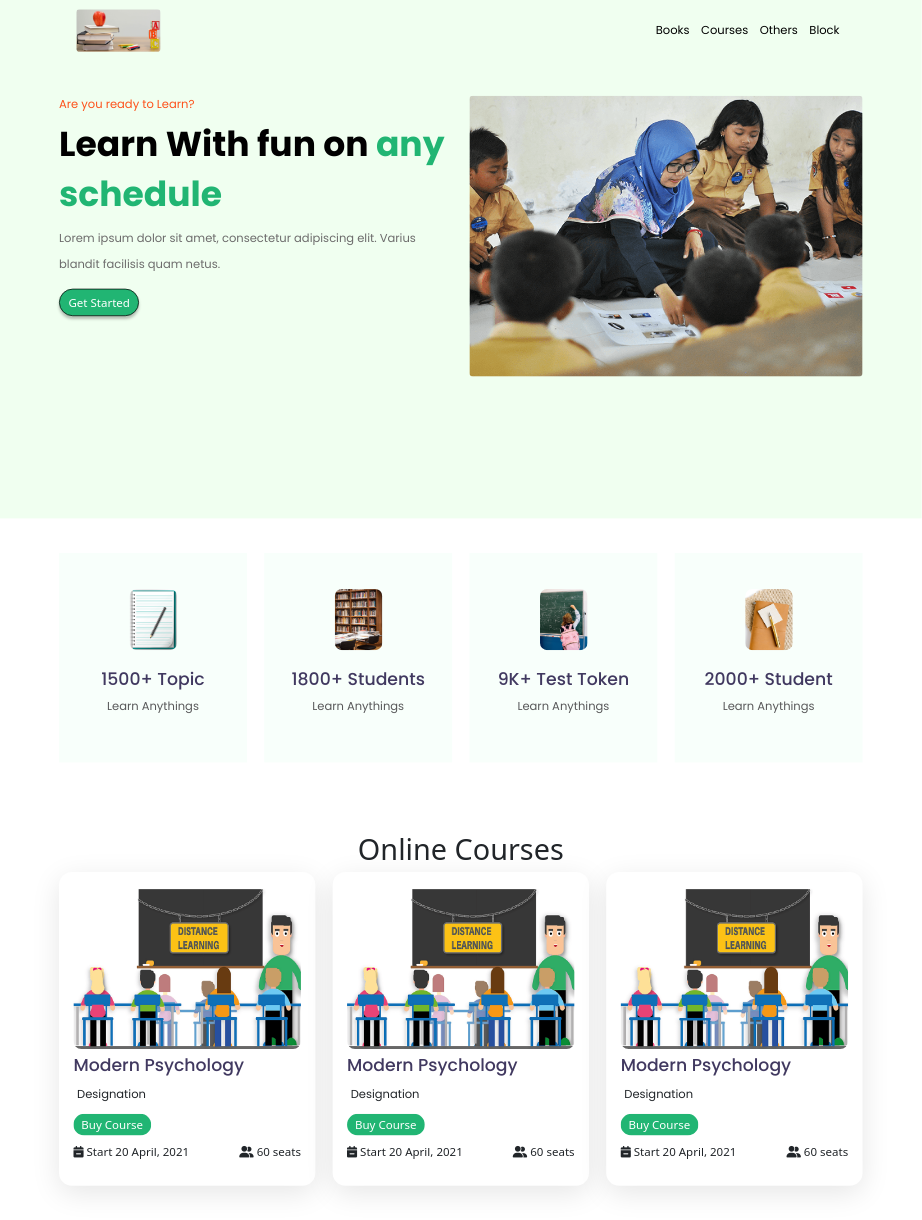
Repository: zjria/Figma-to-E-school
Page: index.html
An editor plug-in stored every save of this project. The page is shown before and after the next save, followed by the edit.
The browser window is 1280 px wide. The pictures show the whole page, at 72% of full size.
Some web libraries are served in a nearby version.

Above is the page before, as saved 2022-05-07 08:17:26.

After the next save:
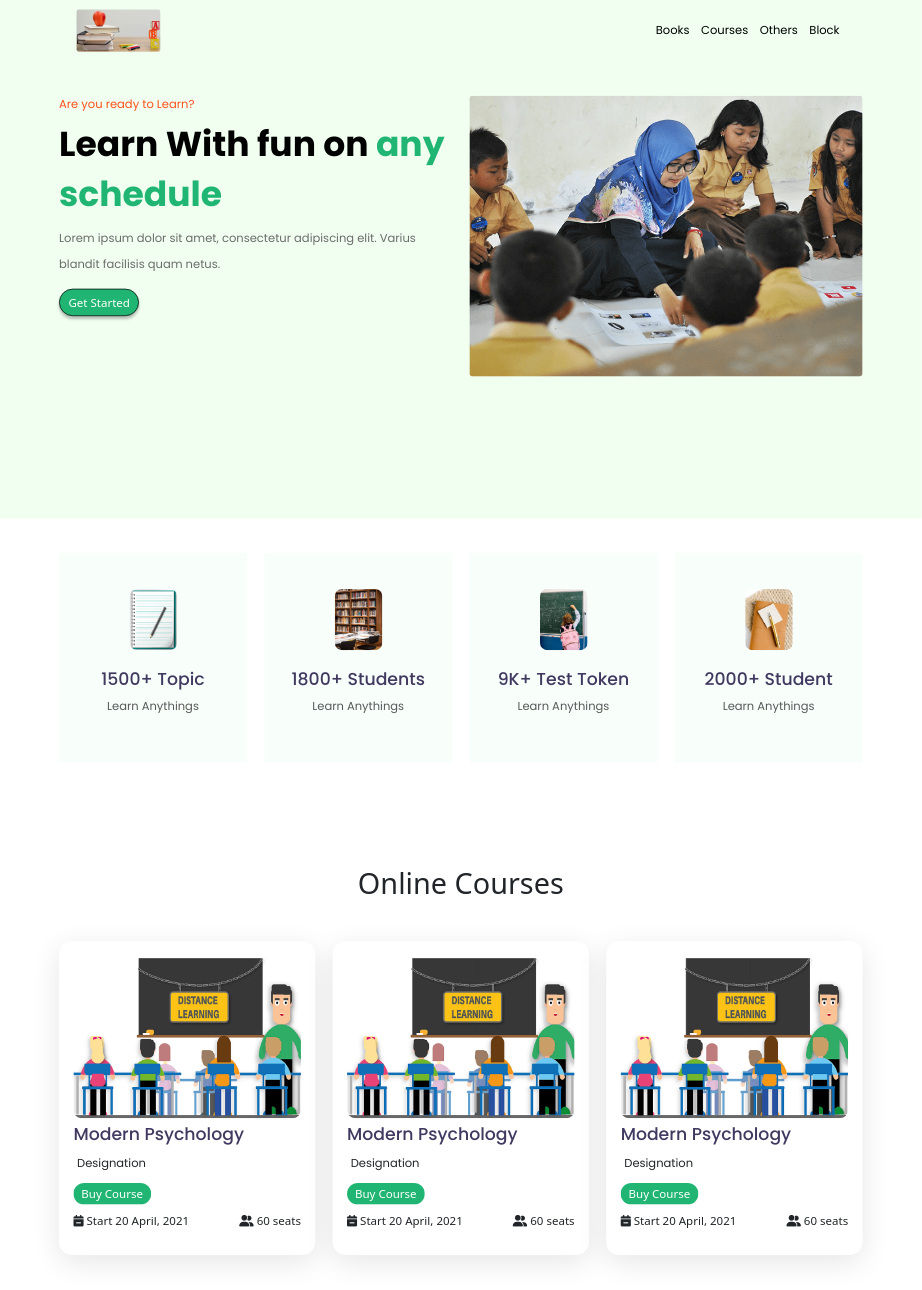
Saved 9 s later.
--- a/index.html
+++ b/index.html
@@ -102,7 +102,7 @@
      <section class="online-course p-5">
        <div class="container">
          <div class="col-12 online-header">
-          <h1 class="text-center">Online Courses</h1>
+          <h1 class="text-center p-5">Online Courses</h1>
          </div>
          <div class="row">
            <div class="col-md-4">
